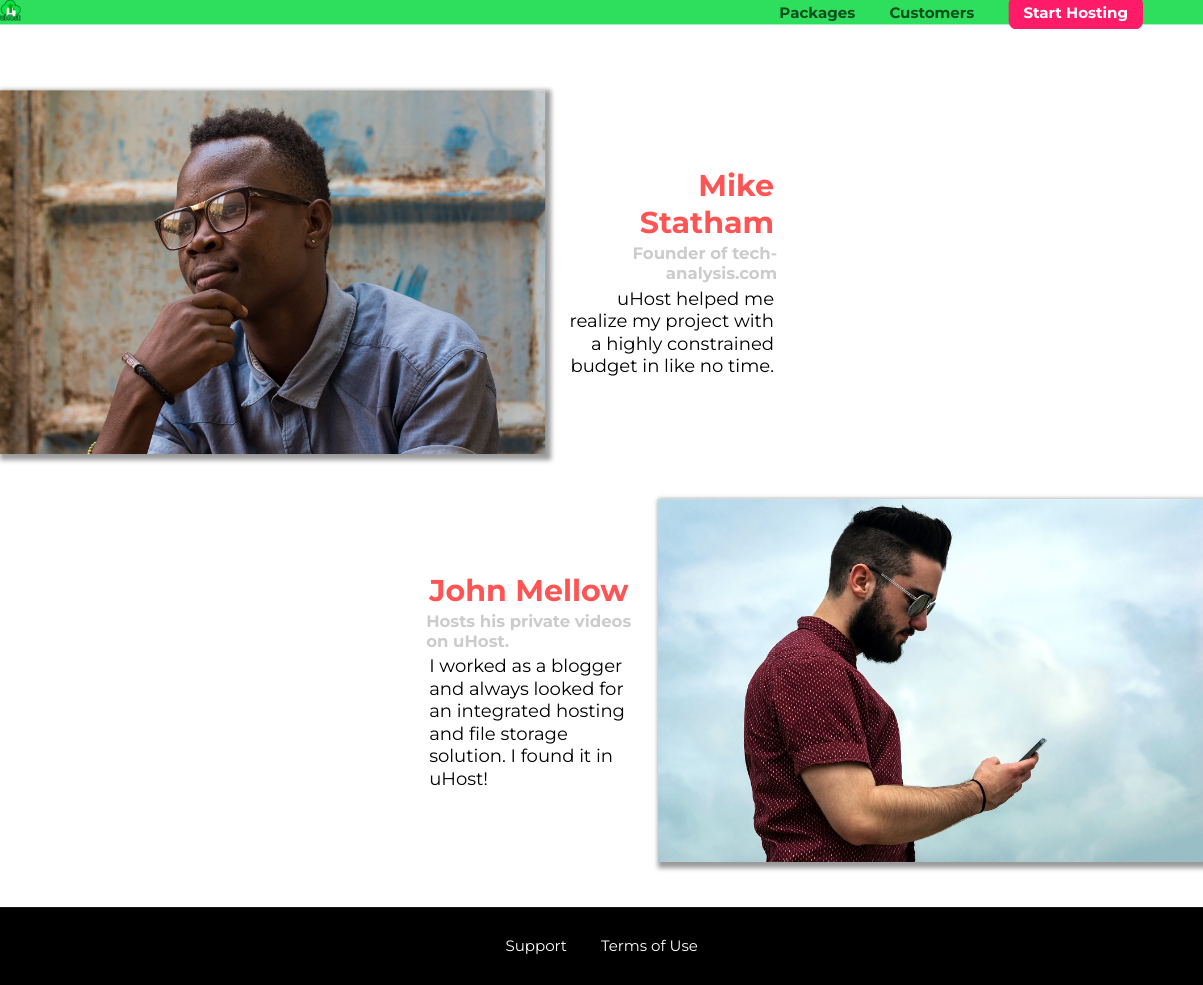
Repository: Nowacki97PL/UdemyCSS
Page: customers/index.html
The author's editor kept a copy of each file at every save. The page is drawn from the files as they stood at one save, then again after the next save.
The browser window is 1280 px wide. The pictures show the whole page, at 94% of full size.

Above is the page before, as saved 2023-11-19 12:23:12.

### customers/index.html
<!DOCTYPE html>
<html lang="en">

<head>
    <meta charset="UTF-8">
    <meta name="viewport" content="width=device-width, initial-scale=1.0">
    <meta http-equiv="X-UA-Compatible" content="ie=edge">
    <title>uHost Customers</title>
    <link rel="shortcut icon" href="../images/favicon.png">
    <link href="https://fonts.googleapis.com/css?family=Anton|Montserrat:400,700" rel="stylesheet">
    <link rel="stylesheet" href="customers.css">
    <link rel="stylesheet" href="../shared.css">
    <link rel="stylesheet" href="../main.css">
</head>

<body>
    <div class="backdrop"></div>
    <header class="main-header">
        <div>
            <a href="../index.html" class="main-header__brand">
                <img src="../images/uhost-icon.png" alt="logo">
            </a>
        </div>
        <nav class="main-nav">
            <ul class="main-nav__items">
                <li class="main-nav__item">
                    <a href="../packages/index.html">Packages</a>
                </li>
                <li class="main-nav__item">
                    <a href="../customers/index.html">Customers</a>
                </li>
                <li class="main-nav__item main-nav__item--cta">
                    <a href="start-hosting/index.html">Start Hosting</a>
                </li>
            </ul>
        </nav>
    </header>

    <main>
        <div>
            <div class="testimonial" id="customer-1">
                <div class="testimonial__image-container">
                    <img src="../images/customer-1.jpg" alt="Mike Statham - Customer" class="testimonial__image">
                </div>
                <div class="testimonial__info">
                    <h1 class="testimonial__name">Mike Statham</h1>
                    <h2 class="testimonial__subtitle">Founder of
                        <a href="tech-analysis.com">tech-analysis.com</a>
                    </h2>
                    <p class="testimonial__text">uHost helped me realize my project with a highly constrained budget in like no time.</p>
                </div>
            </div>
            <div class="testimonial" id="customer-2">

                <div class="testimonial__info">
                    <h1 class="testimonial__name">John Mellow</h1>
                    <h2 class="testimonial__subtitle">Hosts his private videos on uHost.
                    </h2>
                    <p class="testimonial__text">I worked as a blogger and always looked for an integrated hosting and file storage solution. I found
                        it in uHost!
                    </p>
                </div>
                <div class="testimonial__image-container">
                    <img src="../images/customer-2.jpg" alt="John Mellow - Customer" class="testimonial__image">
                </div>
            </div>
        </div>
    </main>
    <footer class="main-footer">
        <nav>
            <ul class="main-footer__links">
                <li class="main-footer__link">
                    <a href="#">Support</a>
                </li>
                <li class="main-footer__link">
                    <a href="#">Terms of Use</a>
                </li>
            </ul>
        </nav>
    </footer>
</body>

</html>

### customers/customers.css
.testimonial {
    font-size: 1.2rem;
    margin: 3rem 0;
  }

  .testimonial__list {
    width: 80%;
    margin: auto;
  }

  .testimonial:first-of-type {
    margin-top: 6rem ;
  }

  .testimonial__image-container {
    width: 65%;
    max-width: 580px;
    display: inline-block;
    vertical-align: middle;
    box-shadow: 3px 3px 5px 3px rgba(0, 0,  0, 0.4);
  }

  .testimonial__image {
    width: 100%;
    vertical-align: top;
  }

  .testimonial__info {
    text-align: right;
    padding: 0.9rem;
    display: inline-block;
    vertical-align: middle;
    width: 20%;
  }

  #customer-2.testimonial {
    text-align: right;
  }

  #customer-2 .testimonial__info {
    text-align: left;
  }

  .testimonial__name {
    margin: 0.2rem;
    color: #ff5454;
    font-size: 2rem;
  }

  .testimonial__subtitle {
    margin: 0;
    font-size: 1.1rem;
    color: #ccc;
  }

  .testimonial__subtitle a {
    color: inherit;
    text-decoration: none;
  }

  .testimonial__subtitle a:hover,
  .testimonial__subtitle a:active {
    color: #7a7a7a;
  }

  .testimonial__text {
    margin: 0.2rem;
  }

### shared.css
* {
    box-sizing: border-box;
}

body {
    font-family: 'Montserrat', sans-serif;
    margin: 0;
}

.backdrop {
    position: fixed;
    top: 0;
    left: 0;
    display: none;
    z-index: 100;
    width: 100%;
    height: 100%;
    background: rgba(0, 0, 0, 0.5);
}

.main-header {
    width: 100%;
    position: fixed;
    top: 0;
    left: 0;
    background: #2ddf5c;
    padding: 0,5rem 1rem;
    z-index: 1;
}

.main-header > div {
    display: inline-block;
    vertical-align: middle;
}

.main-header__brand {
    color: #0e4f1f;
    text-decoration: none;
    font-weight: bold;
    font-size: 1.4rem;
    display: inline-block;
    height: 1.4rem;
}

.main-header__brand img {
    height: 1.4rem;
}

.main-nav {
    display: inline-block;
    text-align: right;
    width: calc(100% - 74px);
    vertical-align: middle;
}

.main-nav__items {
    margin: 0;
    padding: 0;
    list-style: none;
}

.main-nav__item {
    display: inline-block;
    margin: 0 1rem;
}

.main-nav__item a {
    text-decoration: none;
    color: #0e4f1f;
    font-weight: bold;
    padding: 0.2rem 0;
}

.main-nav__item a:hover,
.main-nav__item a:active {
    color: white;
    border-bottom: 5px solid white;
}

.main-nav__item--cta a {
    color: white;
    background: #ff1b68;
    padding: 8px 16px;
    border-radius: 8px;
}

.main-nav__item--cta a:hover,
.main-nav__item--cta a:active {
    color: #ff1b68;
    background: white;
    border: none;
}

.main-footer {
    background: black;
    padding: 32px;
    margin-top: 48px;
}

.main-footer__links {
    list-style: none;
    margin: 0;
    padding: 0;
    text-align: center;
}

.main-footer__link {
    display: inline-block;
    margin: 0 16px;
}

.main-footer__link a {
    color: white;
    text-decoration: none;
}

.main-footer__link a:hover,
.main-footer__link a:active {
    color: #ccc;
}

.button {
    background: #0e4f1f;
    color: white;
    font: inherit;
    border: 1.5px solid #0e4f1f;
    padding: 8px;
    border-radius: 8px;
    font-weight: bold;
    cursor: pointer;
}

.button:hover,
.button:active {
    background: white;
    color: #0e4f1f;
}

.button:focus {
    outline: none;
}

### main.css


#product-overview {
    background: url("images/freedom.jpg") left 10% bottom 80%/cover no-repeat border-box;
    width: 100%;
    height: 528px;
    padding: 10px;
    position: relative;
}

.section-title {
    color: #2ddf5c;
    text-align: center;
}

#product-overview h1 {
    color: white;
    font-family: 'Anton', sans-serif;
    position: absolute;
    bottom: 5%;
    left: 3%;
}

.plan__list {
    width: 80%;
    margin: auto;
    text-align: center;
}

.plan {
    background: #d5ffdc;
    text-align: center;
    padding: 16px;
    margin: 8px;
    display: inline-block;
    width: 30%;
    vertical-align: middle;
    border-radius: 10px;
}

.plan--highlighted {
    border-radius: 10px;
    background: #19b84c;
    color: white;
    box-shadow: 3px 3px 5px 3px rgba(0, 0, 0, 0.5);
}

.plan__annotation {
    background: white;
    color: #19b84c;
    padding: 8px;
    box-shadow: 2px 2px 2px 2px rgba(0, 0, 0, 0.5);
    border-radius: 8px;
}

.plan__title {
    color: #0e4f1f;
}

.plan__price {
    color: #858585;
}

.plan--highlighted .plan__title {
    color: white;
}

.plan--highlighted .plan__price {
    color: #0e4f1f;
}

.plan__features {
    list-style: none;
    margin: 0;
    padding: 0;
}

.plan__feature {
    margin: 8px 0;
}

#key-features {
    background: #ff1b68;
    margin-top: 80px;
    padding: 16px;
}

#key-features .section-title {
    color: white;
    margin: 32px;
}

.key-feature__list {
    list-style: none;
    margin: 0;
    padding: 0;
    text-align: center;
}

.key-feature {
    display: inline-block;
    width: 30%;
    vertical-align: top;
}

.key-feature__image {
    background: #ffcede;
    width: 128px;
    height: 128px;
    border: 2px solid #424242;
    border-radius: 50%;
    margin: auto;
    padding: 20px;
}

.key-feature__description {
    text-align: center;
    font-weight: bold;
    color: white;
    font-size: 20px;
}

/* h1 {
    font-family: sans-serif;
} */

After the next save:
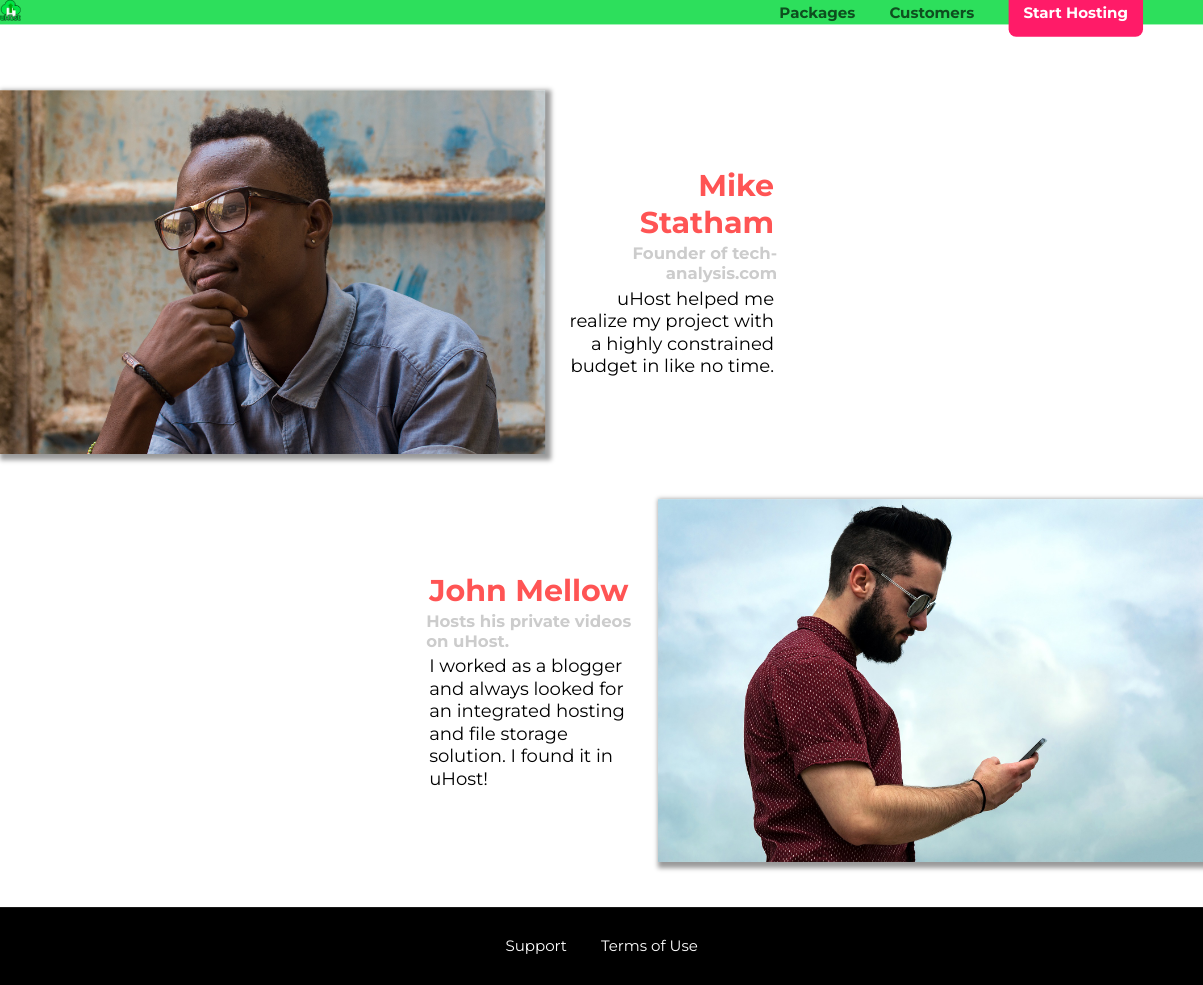
Saved 26 s later.
--- a/shared.css
+++ b/shared.css
@@ -80,7 +80,7 @@
 .main-nav__item--cta a {
     color: white;
     background: #ff1b68;
-    padding: 8px 16px;
+    padding: 16px;
     border-radius: 8px;
 }
 

After the 3 saves that followed:
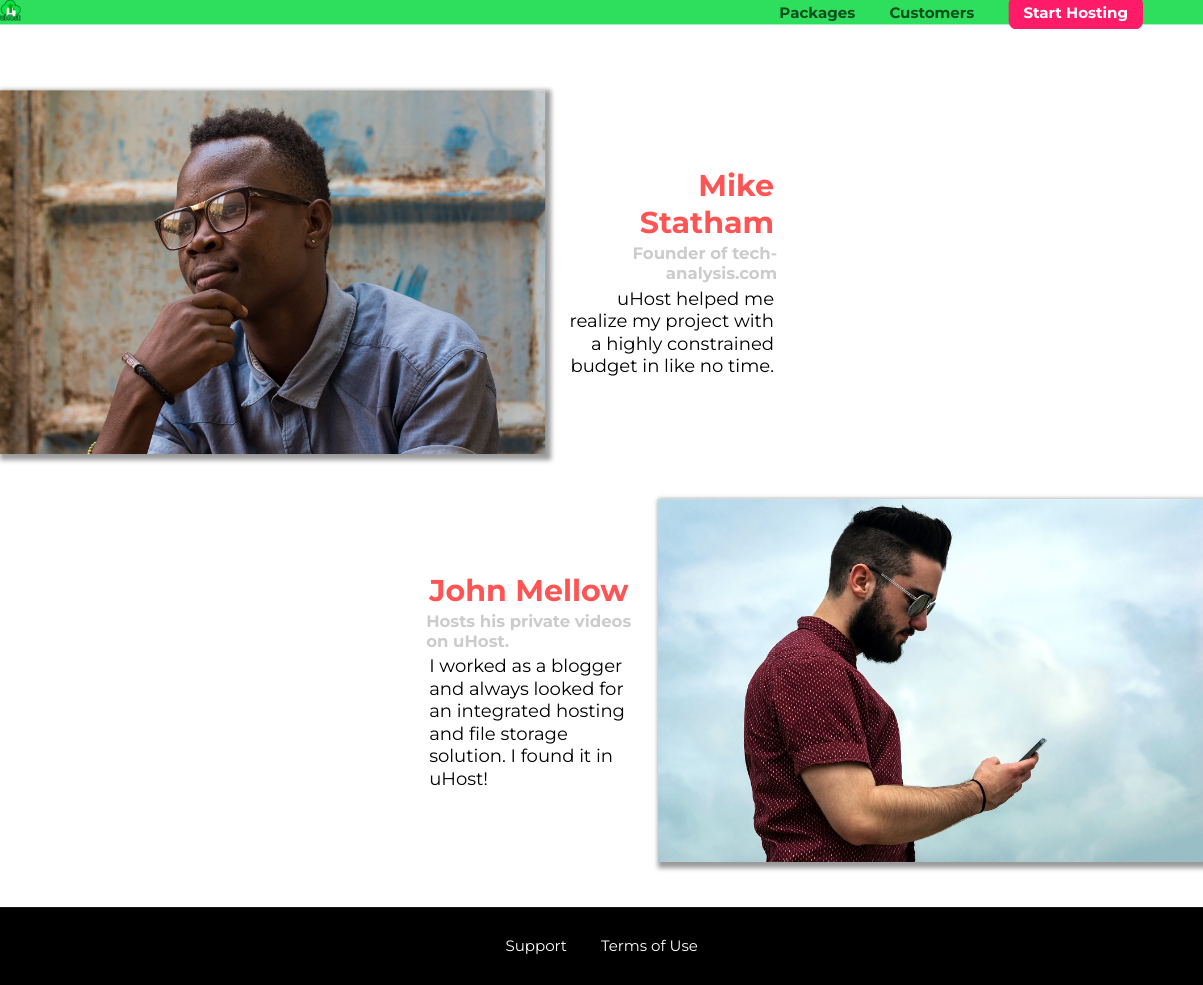
The 3 saves are shown as one change because 1 left the picture as it was and some came seconds apart.
The last was saved 10 s later.
--- a/shared.css
+++ b/shared.css
@@ -80,7 +80,7 @@
 .main-nav__item--cta a {
     color: white;
     background: #ff1b68;
-    padding: 16px;
+    padding:  0.5rem 16px;
     border-radius: 8px;
 }
 
